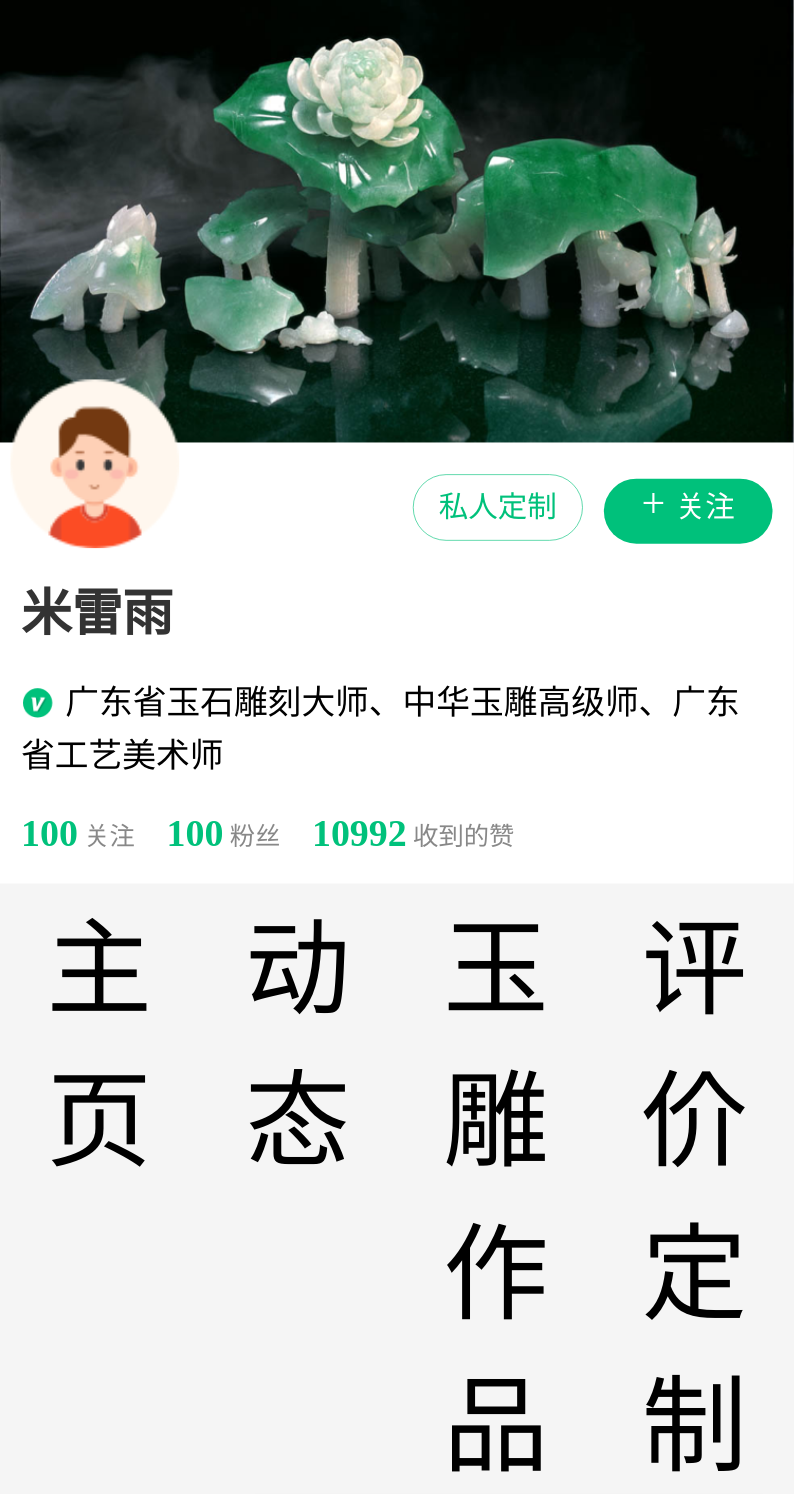
Repository: 1yanglulu/-
Page: html/jadecarvemaincenter.html
These files come from the project's save history. The page is drawn as it stood at one moment and after the next save; the edit follows.
The browser window is 1280 px wide. The pictures show the whole page, at 62% of full size.

Above is the page before, as saved 2020-01-07 15:08:38.

After the next save:
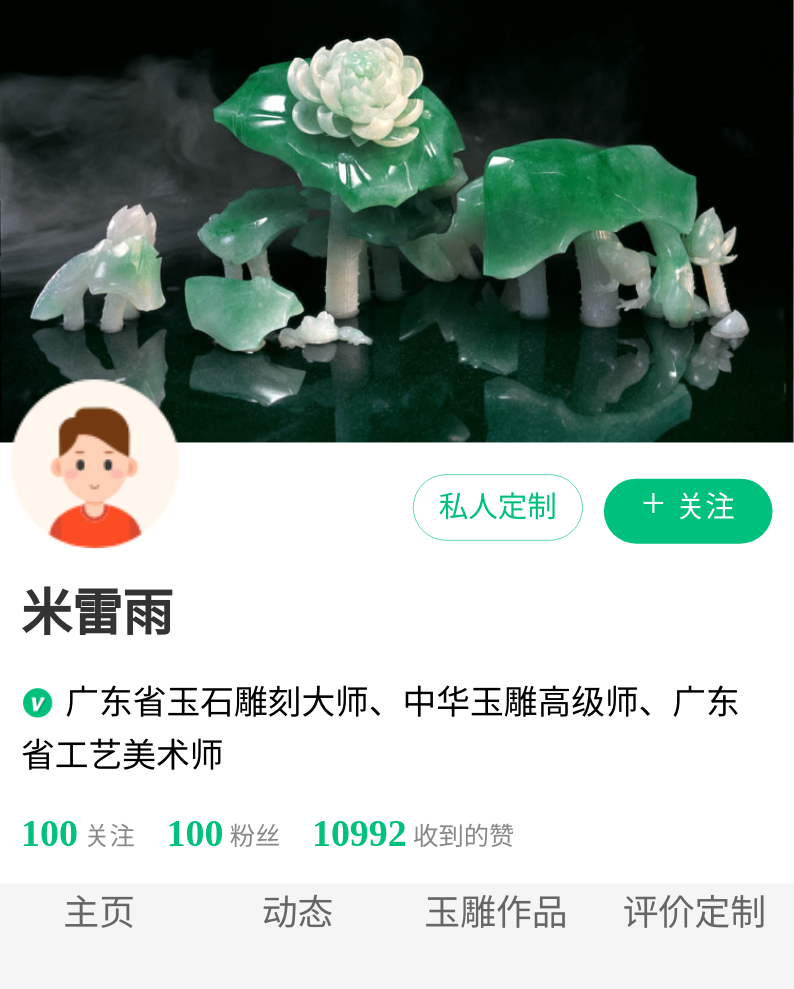
Saved 35 s later.
--- a/css/jadecarvemaincenter.css
+++ b/css/jadecarvemaincenter.css
@@ -110,4 +110,6 @@
 .jade-tab .jade-tab-item{
   width: 25%;
   text-align: center;
+  font-size: .34rem;
+  color: #666666;
 }
